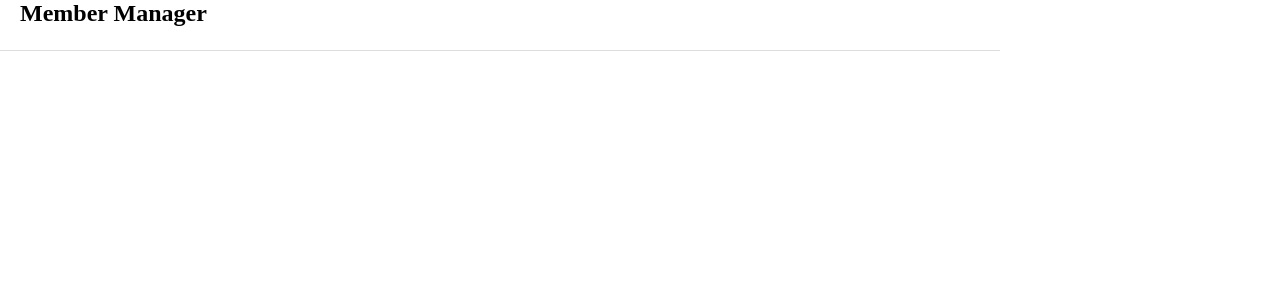
Repository: hhw9797/bitcampjn201904
Page: http://localhost/MemberManager/
These files come from the project's save history. The page is drawn as it stood at one moment and after the next save; the edit follows.
The browser window is 1280 px wide. The pictures show the whole page.
The page is served by Tomcat 9.

Above is the page before, as saved 2019-06-20 07:43:47.

After the next save:
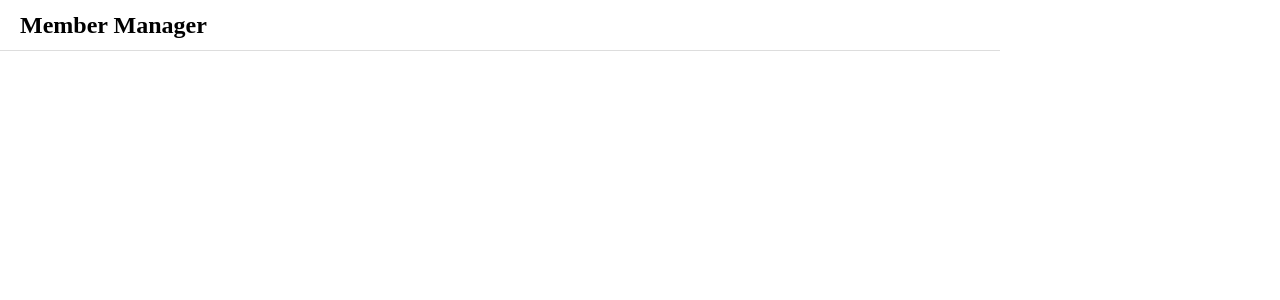
Saved 36 s later.
--- a/html/html5/jsp/MemberManager/WebContent/index.jsp
+++ b/html/html5/jsp/MemberManager/WebContent/index.jsp
@@ -19,6 +19,9 @@
 		height: 50px;
 		padding : 0 20px;
 		border-bottom : 1px solid #DDD;
+	}
+	#header>h2 {
+		line-height: 50px;
 	}
 </style>
 </head>
